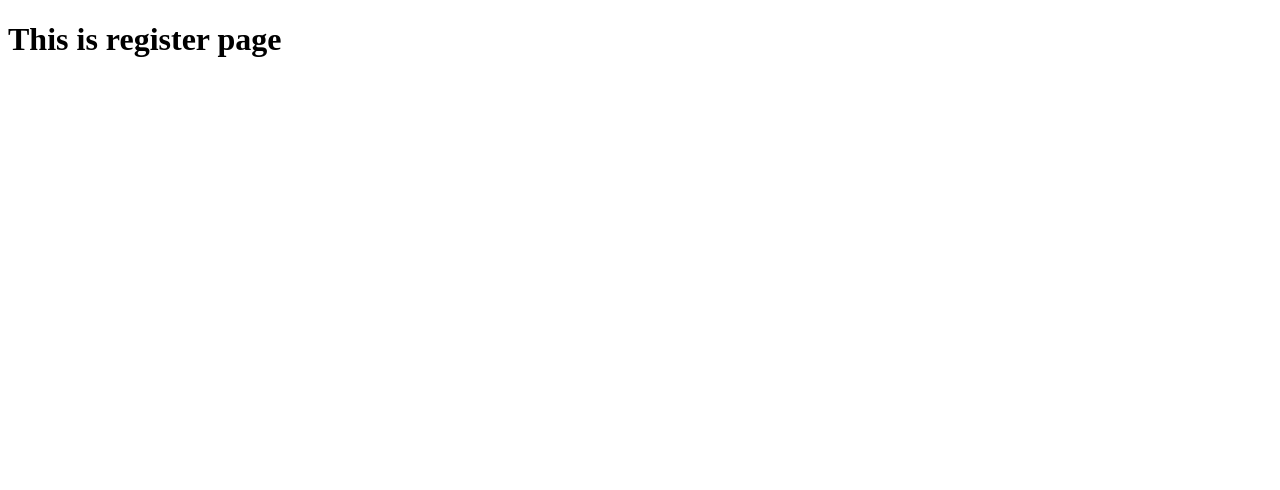
Repository: Laxman-Nath/java-internship
Page: http://localhost/Demo/Register.jsp
These files come from the project's save history. The page is drawn as it stood at one moment and after the next save; the edit follows.
The browser window is 1280 px wide. The pictures show the whole page.
The page is served by Tomcat 9.

Above is the page before, as saved 2024-09-01 10:22:40.

After the next save:
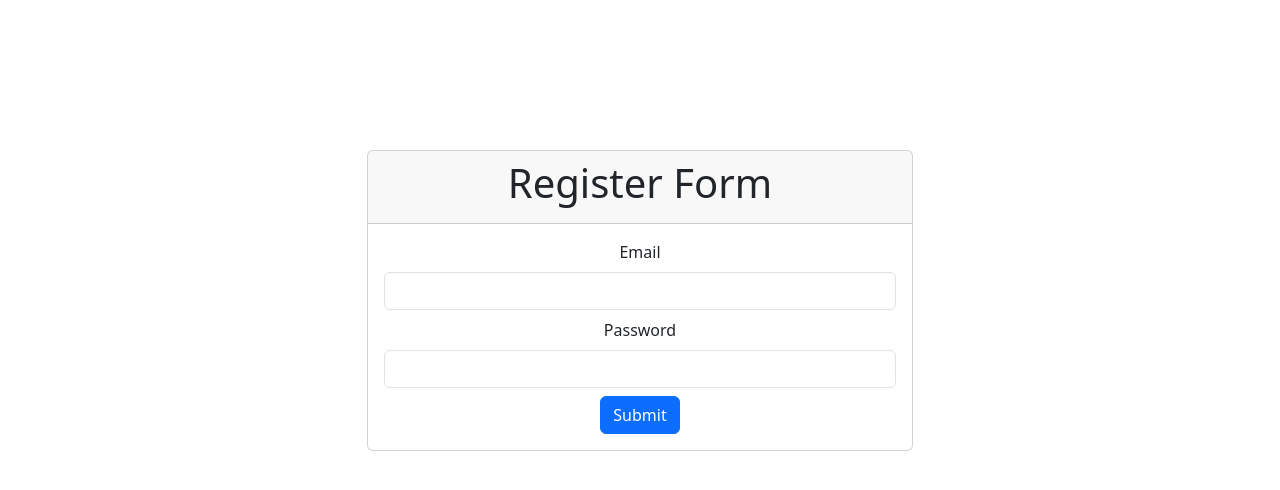
Saved 53 s later.
--- a/Servlet_JSP/Demo/src/main/webapp/Register.jsp
+++ b/Servlet_JSP/Demo/src/main/webapp/Register.jsp
@@ -1,12 +1,44 @@
 <%@ page language="java" contentType="text/html; charset=UTF-8"
-    pageEncoding="UTF-8"%>
+	pageEncoding="UTF-8"%>
 <!DOCTYPE html>
 <html>
 <head>
 <meta charset="UTF-8">
-<title>Register</title>
+<title>Login Form</title>
+<link
+	href="https://cdn.jsdelivr.net/npm/bootstrap@5.3.3/dist/css/bootstrap.min.css"
+	rel="stylesheet"
+	integrity="sha384-QWTKZyjpPEjISv5WaRU9OFeRpok6YctnYmDr5pNlyT2bRjXh0JMhjY6hW+ALEwIH"
+	crossorigin="anonymous">
 </head>
 <body>
-<h1>This is register page</h1>
+	<div class="container" style="margin-top: 150px;">
+		<div class="row">
+			<div class="col-md-6 offset-md-3">
+				<div class="card">
+					<div class="card-header">
+						<h1 class="text-center">Register Form</h1>
+					</div>
+					<div class="card-body" class="">
+						<form action="" method="" class="text-center">
+							<div class="mb-2">
+								<label class="form-label">Email</label> <input type="email"
+									required class="form-control">
+							</div>
+							<div class="mb-2">
+								<label class="form-label">Password</label> <input
+									type="password" required class="form-control">
+							</div>
+							<input type="submit" class="btn btn-primary" value="Submit">
+						</form>
+					</div>
+				</div>
+			</div>
+		</div>
+	</div>
+
 </body>
+<script
+	src="https://cdn.jsdelivr.net/npm/bootstrap@5.3.3/dist/js/bootstrap.bundle.min.js"
+	integrity="sha384-YvpcrYf0tY3lHB60NNkmXc5s9fDVZLESaAA55NDzOxhy9GkcIdslK1eN7N6jIeHz"
 </html>
